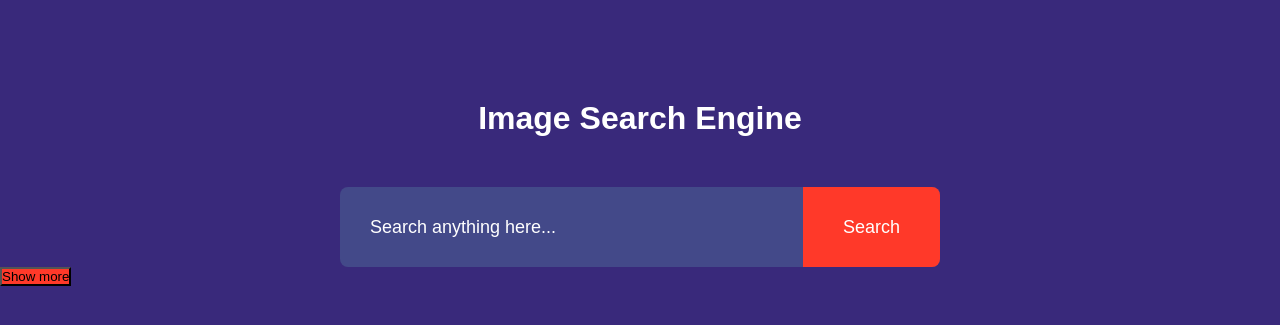
Repository: AbdullahOwais-Dev/Image-Search-App
Page: index.html
The author's editor kept a copy of each file at every save. The page is drawn from the files as they stood at one save, then again after the next save.
The browser window is 1280 px wide. The pictures show the whole page.

Above is the page before, as saved 2025-02-09 00:19:57.

### index.html
<!DOCTYPE html>
<html lang="en">
<head>
    <meta charset="UTF-8">
    <meta name="viewport" content="width=device-width, initial-scale=1.0">
    <link rel="stylesheet" href="style.css">
    <link rel="shortcut icon" href="icon.png" type="image/x-icon">
    <title>Image Search</title>
</head>
<body>

    <h1>Image Search Engine</h1>
    <form id="search-form">
        <input type="text" id="search-box" placeholder="Search anything here...">
        <button>Search</button>
    </form>

    <div id="search-result"></div>
    <button id="show-more-btn">Show more</button>

</body>
</html>

### style.css
*{
    margin: 0;
    padding: 0;
    box-sizing: border-box;
    font-family: 'poppins', sans-serif;
}
body{
    background: #39297b;
    color: #fff;
}
h1{
    text-align: center;
    margin: 100px auto 50px;
    font-weight: 600;
}
form{
    width: 90%;
    max-width: 600px;
    margin: auto;
    height: 80px;
    background: #434989;
    display: flex;
    align-items: center;
    border-radius: 8px;
}
form input{
    flex: 1;
    height: 100%;
    border: 0;
    outline: 0;
    background: transparent;
    color: #fff;
    font-size: 18px;
    padding: 0 30px;
}
form button{
    padding: 0 40px;
    height: 100%;
    background: #ff3929;
    color: #fff;
    font-size: 18px;
    border: 0;
    outline: 0;
    border-top-right-radius: 8px;
    border-bottom-right-radius: 8px;
    cursor: pointer;
}
::placeholder{
    color: #fff;
    font-size: 18px;
}
#show-more-btn{
    background: #ff3929;
    color: ;
}

After the next save:
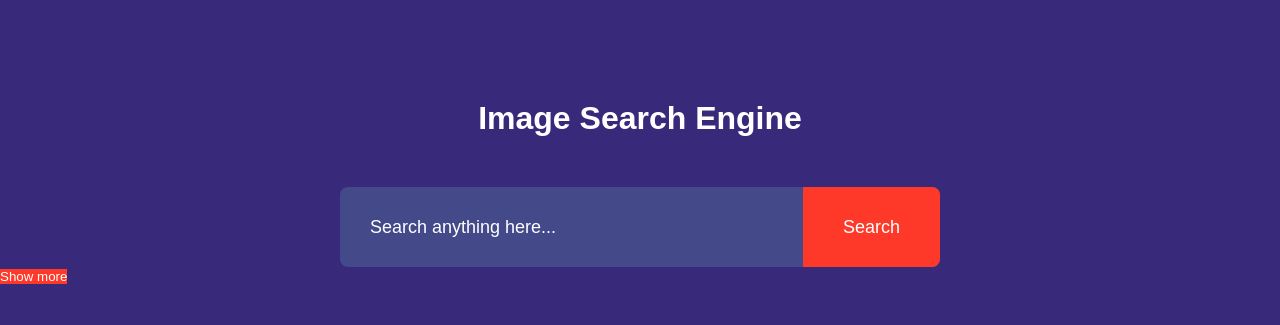
Saved 5 s later.
--- a/style.css
+++ b/style.css
@@ -51,5 +51,7 @@ form button{
 }
 #show-more-btn{
     background: #ff3929;
-    color: ;
+    color: #fff;
+    border: 0;
+    ou
 }
